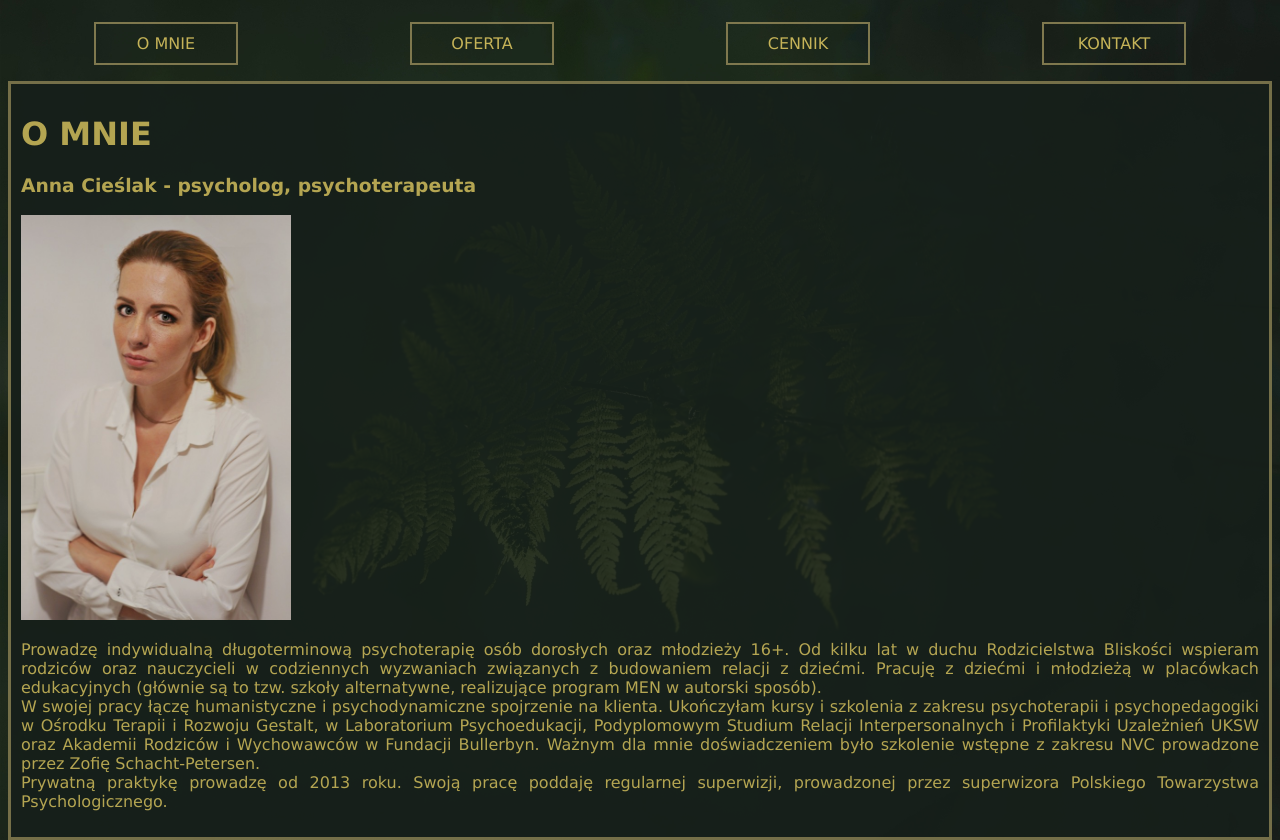
Repository: LechCieslak/Anna_Cieslak_v2.1
Page: index.html
An editor plug-in stored every save of this project. The page is shown before and after the next save, followed by the edit.
The browser window is 1280 px wide. The pictures show the whole page.
After loading, the first visible `li.li1` was clicked once.

Above is the page before, as saved 2020-10-13 22:13:27.

After the next save:
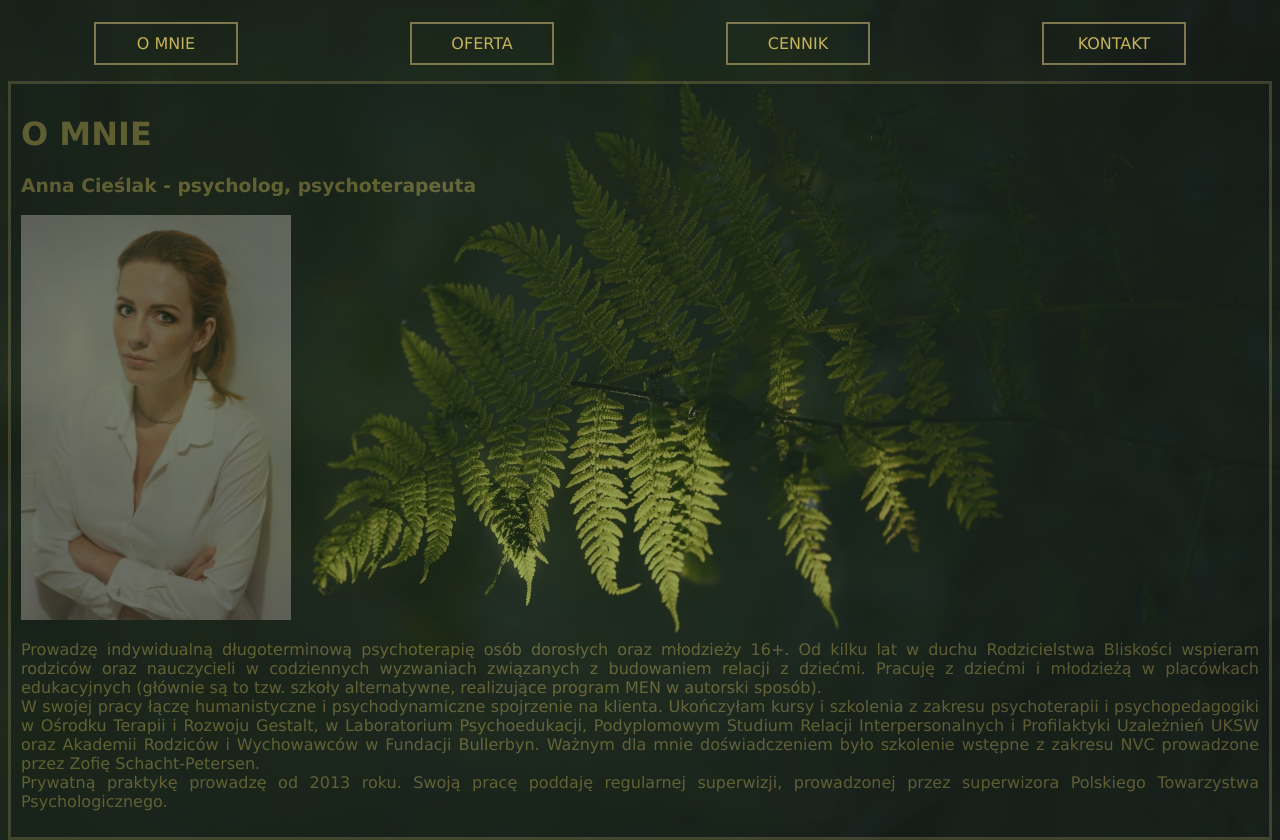
Saved 50 s later.
--- a/style.css
+++ b/style.css
@@ -44,7 +44,7 @@
 }
 
 .nowa {
-    opacity: 0.9;
+    opacity: 0.4;
 }
 
 .bold {

After the save that followed:
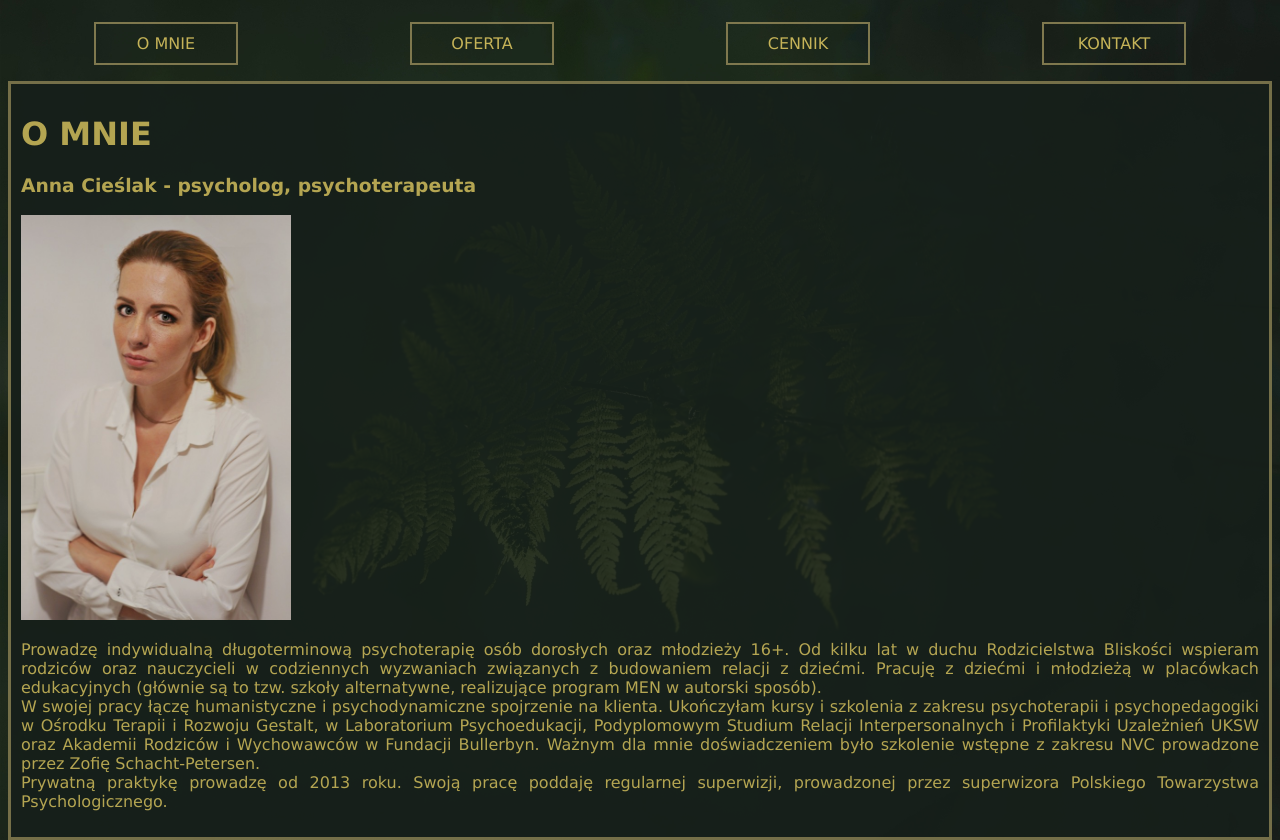
Saved 9 s later.
--- a/style.css
+++ b/style.css
@@ -44,7 +44,7 @@
 }
 
 .nowa {
-    opacity: 0.4;
+    opacity: 0.9;
 }
 
 .bold {
